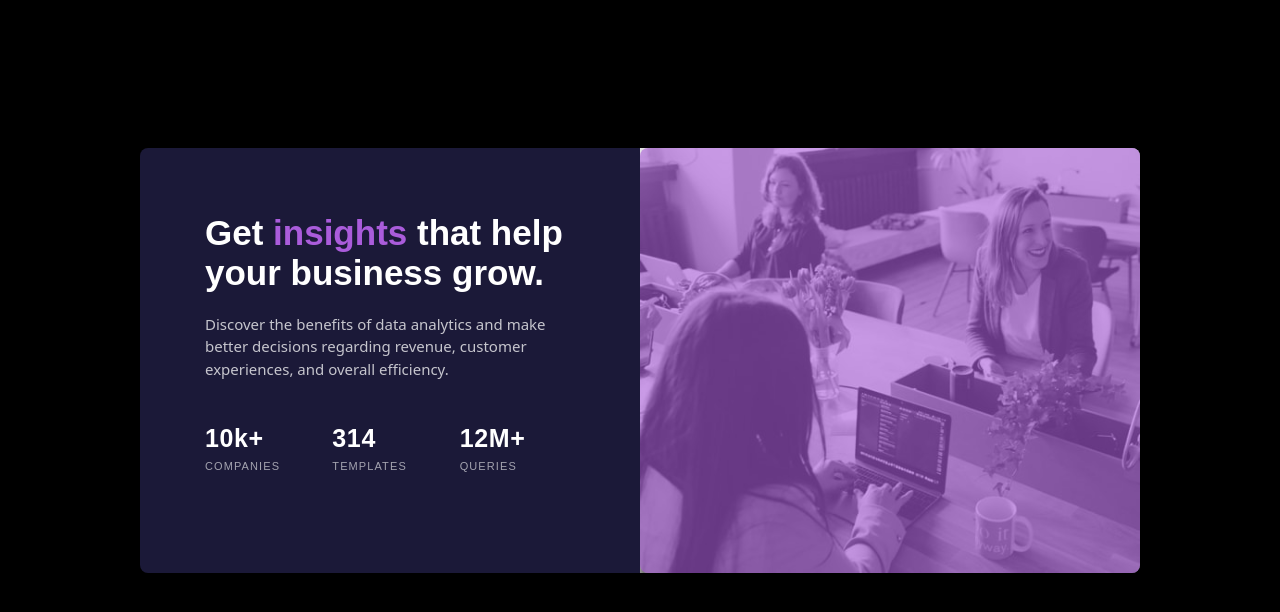
Repository: BerlinWebDev/FrontendMaster_PreviewMentor
Page: /
These files come from the project's save history. The page is drawn as it stood at one moment and after the next save; the edit follows.
The browser window is 1280 px wide. The pictures show the whole page.
The project was rebuilt for these pictures with package versions that can differ from the ones it lists, and the page was loaded fresh each time.

Above is the page before, as saved 2023-11-11 20:36:05.

### src/index.css
@tailwind base;
@tailwind components;
@tailwind utilities;
@import url("https://fonts.google.com/specimen/Inter");
@import url("https://fonts.google.com/specimen/Lexend+Deca");

### src/App.js
import Statisic from "./Statisic";
import Image from "./assets/image-header-desktop.jpg";

function App() {
  return (
    <>
      <header>
        <title>Challenge</title>
        <meta name="description" content="Challenge" />
        <link rel="icon" href="/favicon.ico" />
      </header>
      <main className="flex min-h-screen flex-col items-center justify-center bg-black">
        <div className="flex h-[425px] w-[1000px] rounded-lg bg-[#1b1938]">
          <aside className="w-1/2  rounded-l-lg">
            <div className="p-[65px]">
              <div className="text-[35px] leading-10 text-white font-bold font-lexenddeca">
                Get <span className="text-[#aa5cdb]">insights</span> that help
                <br />
                your business grow.
              </div>
              <div className="mt-5">
                <p className="text-[#ffffffbf] font-Inter text-[15px]">
                  Discover the benefits of data analytics and make better
                  decisions regarding revenue, customer experiences, and overall
                  efficiency.
                </p>
              </div>
              <div className="mt-10 grid grid-cols-3 gap-3">
                <Statisic value="10k+" title="companies" />
                <Statisic value="314" title="Templates" />
                <Statisic value="12M+" title="Queries" />
              </div>
            </div>
          </aside>
          <aside className="w-1/2  rounded-lg relative">
            <div className="absolute inset-0 bg-[#aa5cdb] rounded-lg opacity-60"></div>
            <img
              className=" h-full w-full rounded-r-lg"
              src={Image}
              alt="Header-Desktop"
            />
          </aside>
        </div>
      </main>
    </>
  );
}

export default App;

### src/Statisic.jsx
import React from "react";

const Statisic = ({ value, title }) => {
  return (
    <div className="text-white font-lexenddeca">
      <div className="text-[25px] font-bold tracking-wide">{value}</div>
      <div className="uppercase text-[11px] font-light text-[#ffffff99] tracking-widest">
        {title}
      </div>
    </div>
  );
};

export default Statisic;

### tailwind.config.js
/** @type {import('tailwindcss').Config} */
module.exports = {
  content: ["./src/**/*.{js,jsx,ts,tsx}"],
  theme: {
    extend: {
      fontFamily: {
        inter: ["Inter", "sans-serif"],
        lexenddeca: ["Lexend Deca", "sans-serif"],
      },
    },
  },
  plugins: [],
};

Loaded but not shown: public/index.html (common file); src/index.js (common file)

After the next save:
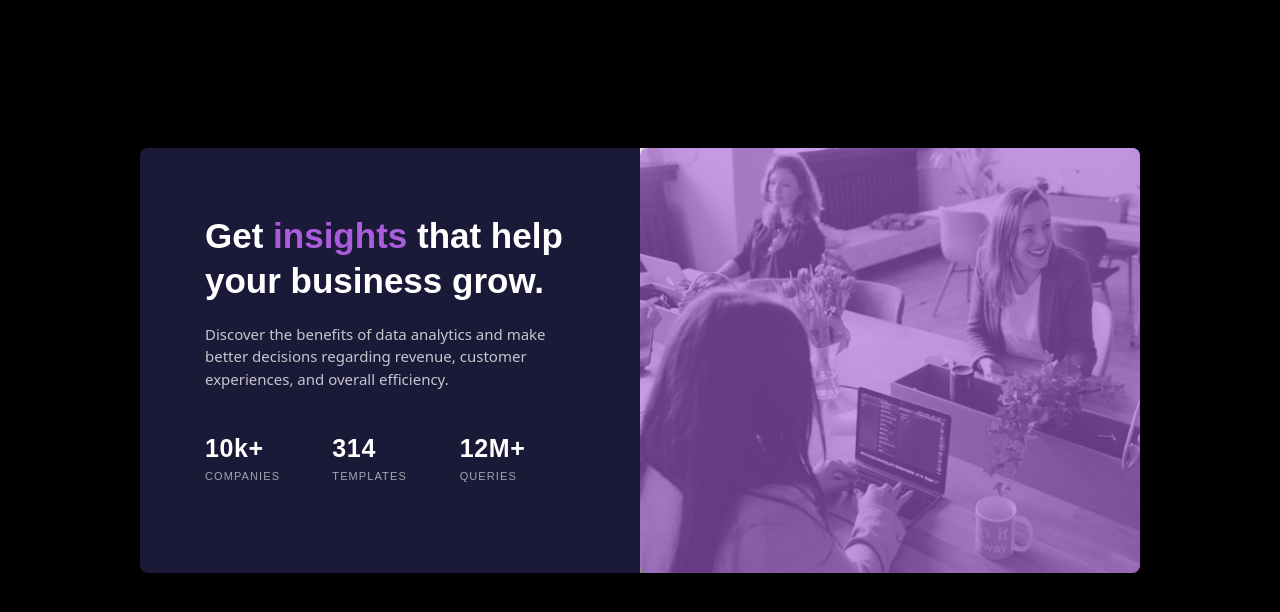
Saved 12 s later.
--- a/src/App.js
+++ b/src/App.js
@@ -13,7 +13,7 @@ function App() {
         <div className="flex h-[425px] w-[1000px] rounded-lg bg-[#1b1938]">
           <aside className="w-1/2  rounded-l-lg">
             <div className="p-[65px]">
-              <div className="text-[35px] leading-10 text-white font-bold font-lexenddeca">
+              <div className="text-[35px] leading-[45px] text-white font-bold font-lexenddeca">
                 Get <span className="text-[#aa5cdb]">insights</span> that help
                 <br />
                 your business grow.
